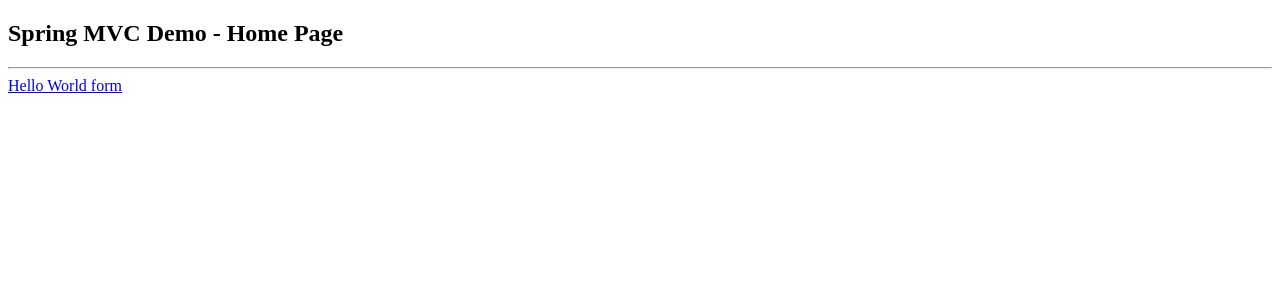
Repository: jreinhal/spring-course
Page: http://localhost/spring-mvc-demo/
These files come from the project's save history. The page is drawn as it stood at one moment and after the next save; the edit follows.
The browser window is 1280 px wide. The pictures show the whole page.
The page is served by Tomcat 9. Other server files are loaded and not shown.

Above is the page before, as saved 2021-09-07 18:35:35.

### Spring Course/spring-mvc-demo/WebContent/WEB-INF/view/main-menu.jsp
<%@ page language="java" contentType="text/html; charset=UTF-8"
    pageEncoding="UTF-8"%>
<!DOCTYPE html>
<html>
<head>
<meta charset="UTF-8">
<title>Spring MVC Demo</title>
</head>
<body>
	<h2>Spring MVC Demo - Home Page</h2>
	<hr>
	<a href="student/student-form">Hello World form</a>
</body>
</html>

After the next save:
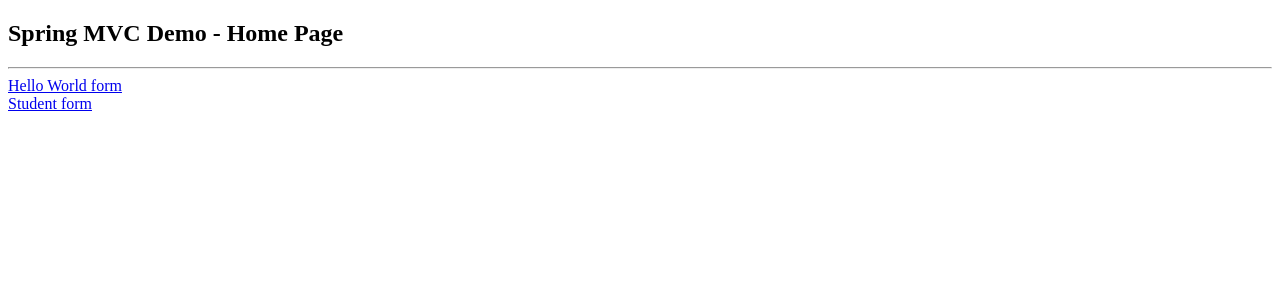
Saved 56 s later.
--- a/Spring Course/spring-mvc-demo/WebContent/WEB-INF/view/main-menu.jsp
+++ b/Spring Course/spring-mvc-demo/WebContent/WEB-INF/view/main-menu.jsp
@@ -9,6 +9,8 @@
 <body>
 	<h2>Spring MVC Demo - Home Page</h2>
 	<hr>
-	<a href="student/student-form">Hello World form</a>
+	<a href="hello/showForm">Hello World form</a>
+	<br>
+	<a href="student/student-form">Student form</a>
 </body>
 </html>
